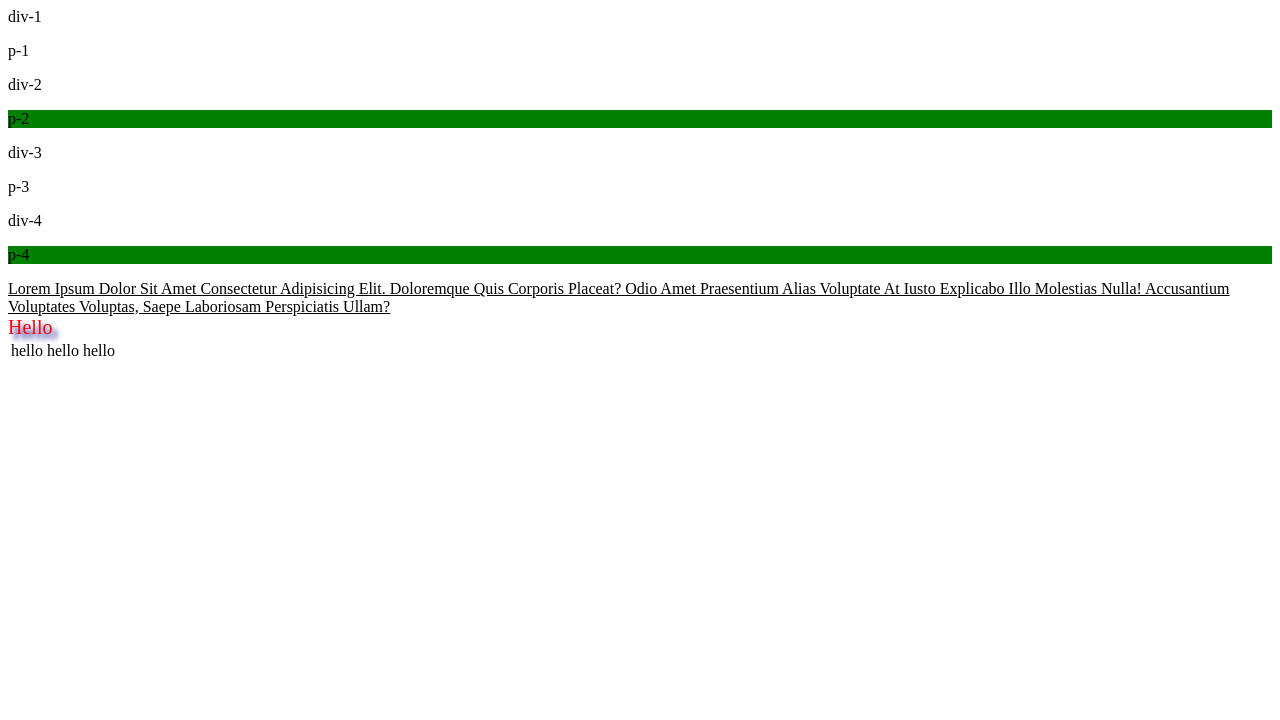
Repository: harin1212/PDA-frontend
Page: day3/selector_test.html
An editor plug-in stored every save of this project. The page is shown before and after the next save, followed by the edit.
The browser window is 1280 px wide. The pictures show the whole page.

Above is the page before, as saved 2023-07-31 11:27:31.

### day3/selector_test.html
<!DOCTYPE html>
<html lang="en">
<head>
    <meta charset="UTF-8">
    <meta name="viewport" content="width=device-width, initial-scale=1.0">
    <title>Selector Test</title>
    <style>
        /*div:first-child{
            border: 2px solid silver;
        }*/
        /*div:first-of-type{
            background-color: green;
        }*/
        /* div:nth-child(3n+1){
            background-color: green;
        } */
        p:nth-of-type(2n){
            background-color: green;
        }
        .test{
            text-transform: capitalize;
            text-decoration: underline;
        }
        .shadow{
            color: red;
            font-size: 20px;
            text-shadow: 5px 5px 5px darkblue;
        }
    </style>
</head>
<!-- body : 형제 -->
<body>
    <!-- div, p : 자식 -->
    <div>div-1</div>
    <p>p-1</p>
    <div>div-2</div>
    <p>p-2</p>
    <div>div-3</div>
    <p>p-3</p>
    <div>div-4</div>
    <p>p-4</p>
    <div class="test">Lorem ipsum dolor sit amet consectetur adipisicing elit. Doloremque quis corporis placeat?
        Odio amet praesentium alias voluptate at iusto explicabo illo molestias nulla! Accusantium voluptates voluptas,
        saepe laboriosam perspiciatis ullam?</div>
    <div class="shadow">Hello</div>

    <table id="tb">
        <tbody>
            <tr><td>hello hello hello</td></tr>
        </tbody>
    </table>
</body>
</html>

After the next save:
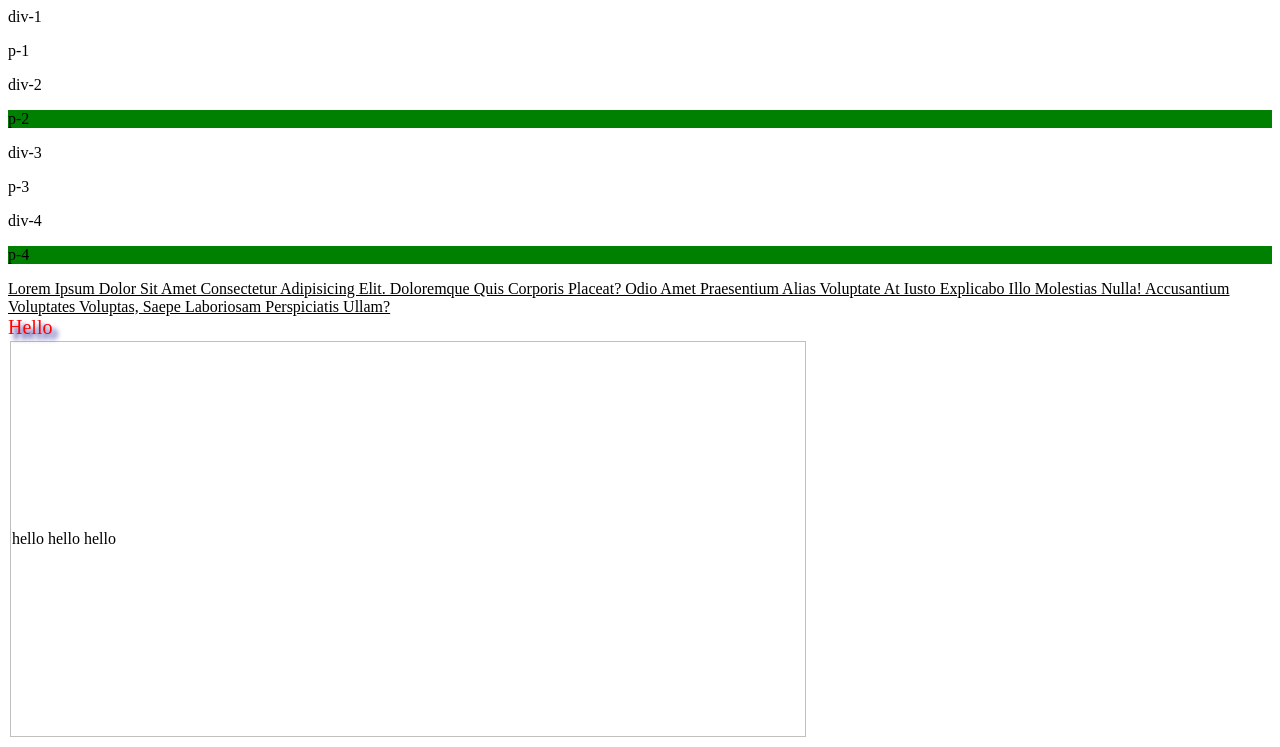
Saved 61 s later.
--- a/day3/selector_test.html
+++ b/day3/selector_test.html
@@ -26,6 +26,13 @@
             font-size: 20px;
             text-shadow: 5px 5px 5px darkblue;
         }
+        #tb{
+            width: 800px;
+            height: 400px;
+        }
+        #tb td{
+            border: 1px solid silver;
+        }
     </style>
 </head>
 <!-- body : 형제 -->
